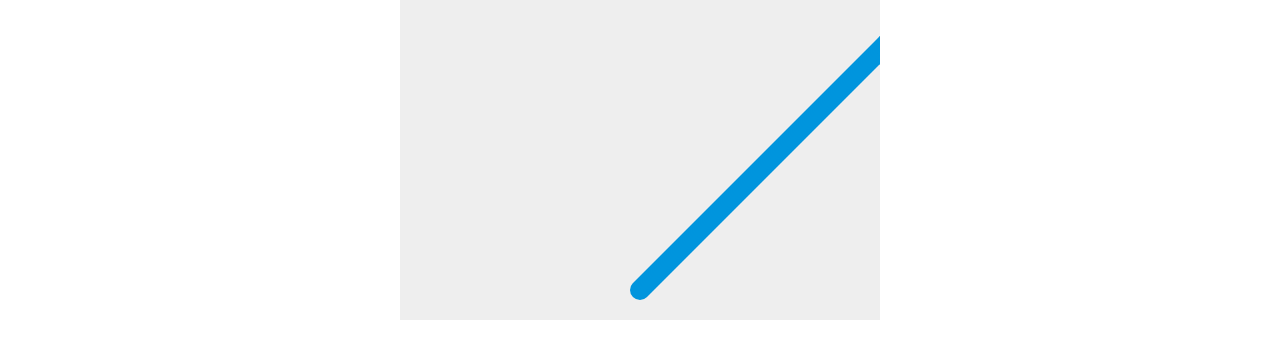
Repository: MartialBlot/CasseBrique-Full-JS
Page: index.html
An editor plug-in stored every save of this project. The page is shown before and after the next save, followed by the edit.
The browser window is 1280 px wide. The pictures show the whole page.

Above is the page before, as saved 2019-03-21 17:28:02.

### index.html
<!DOCTYPE html>
<html>
<head>
    <meta charset="utf-8" />
    <title>BREAKOUT</title>
    <style>
    	* { padding: 0; margin: 0; }
    	canvas { background: #eee; display: block; margin: 0 auto; }
    </style>
</head>
<body>

<canvas id="myCanvas" width="480" height="320"></canvas>

<script>
    let canvas = document.getElementById("myCanvas");
    let ctx = canvas.getContext("2d");

    var x = canvas.width/2;
    var y = canvas.height-30;

    var dx = 2;
    var dy = -2;

    //rafraichissement 10ms
    function draw() {
        ctx.beginPath();
        ctx.arc(x, y, 10, 0, Math.PI*2);
        ctx.fillStyle = "#0095DD";
        ctx.fill();
        ctx.closePath();
        x += dx;
        y += dy;
    }
    setInterval(draw, 10);

    //balle
    // ctx.beginPath();
    // ctx.arc(50, 50, 10, 0, Math.PI*2);
    // ctx.fillStyle = "#0095DD";
    // ctx.fill();
    // ctx.closePath();
</script>

</body>
</html>

After the next save:
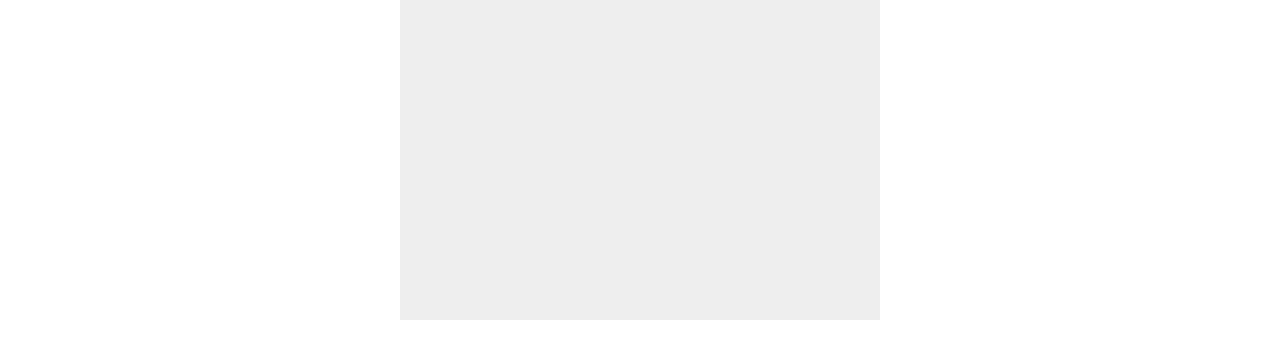
Saved 48 s later.
--- a/index.html
+++ b/index.html
@@ -24,6 +24,7 @@
 
     //rafraichissement 10ms
     function draw() {
+        ctx.clearRect(0, 0, canvas.width, canvas.height);
         ctx.beginPath();
         ctx.arc(x, y, 10, 0, Math.PI*2);
         ctx.fillStyle = "#0095DD";
